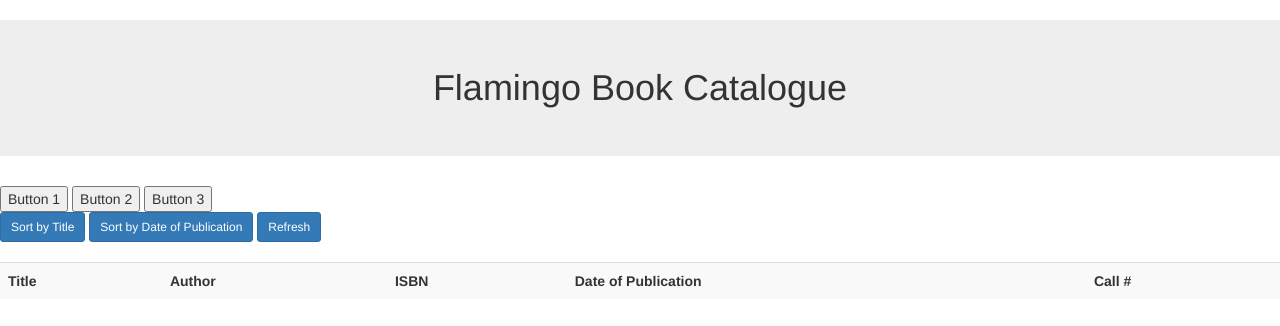
Repository: avega15/Library-Database
Page: http://localhost/main
These files come from the project's save history. The page is drawn as it stood at one moment and after the next save; the edit follows.
The browser window is 1280 px wide. The pictures show the whole page.
The page is this project's Thymeleaf template; nobody is signed in. The template is opened directly, without the code that normally fills it, so the values that code supplies are empty.

Above is the page before, as saved 2021-04-27 03:14:00.

### demo/src/main/resources/templates/main.html
<!DOCTYPE HTML>
<html xmlns:th="http://www.thymeleaf.org">
<head>
<title>Flamingo Palooza</title>
<link rel="icon" type="image/x-icon" href="https://tinyurl.com/dh3wsprp"/>
<meta http-equiv="Content-Type" content="text/html; charset=UTF-8" />

<link rel="stylesheet"
	href="https://maxcdn.bootstrapcdn.com/bootstrap/3.4.1/css/bootstrap.min.css">
<script
	src="https://ajax.googleapis.com/ajax/libs/jquery/3.5.1/jquery.min.js"></script>
<script
	src="https://maxcdn.bootstrapcdn.com/bootstrap/3.4.1/js/bootstrap.min.js"></script>
</head>
<body>
	<h1 class="jumbotron" style="text-align: center">Flamingo Book Catalogue</h1>


	<form action="${pageContext.request.contextPath}/myservlet" method="post">
    <input type="submit" name="button1" value="Button 1" />
    <input type="submit" name="button2" value="Button 2" />
    <input type="submit" name="button3" value="Button 3" />
</form>



	<button class="btn btn-primary btn-sm"
		onclick="window.location.href='titleSort'">Sort by Title</button>
	<button class="btn btn-primary btn-sm"
		onclick="window.location.href='dateSort'">Sort by Date of
		Publication</button>
			<button class="btn btn-primary btn-sm"
		onclick="window.location.href='main'">Refresh</button>
	<br/>
	<br/>

	<table class="table table-striped">
		<tr>
			<th scope="col">Title</th>
			<th scope="col">Author</th>
			<th scope="col">ISBN</th>
			<th scope="col">Date of Publication</th>
			<th scope="col">Call #</th>
		</tr>
		<tr th:each="bib, bibStat: ${bibs}">
			<td th:text="${bibStat.count + '. ' + bib.getTitle()}"></td>
			<td th:text="${bib.getAuthor()}"></td>
			<td th:text="${bib.getIsbn()}"></td>
			<td th:text="${bib.getDate_of_publication()}"></td>
			<td th:text="${bib.getCall_number()}"></td>
		</tr>
	</table>
</body>
</html>

After the next save:
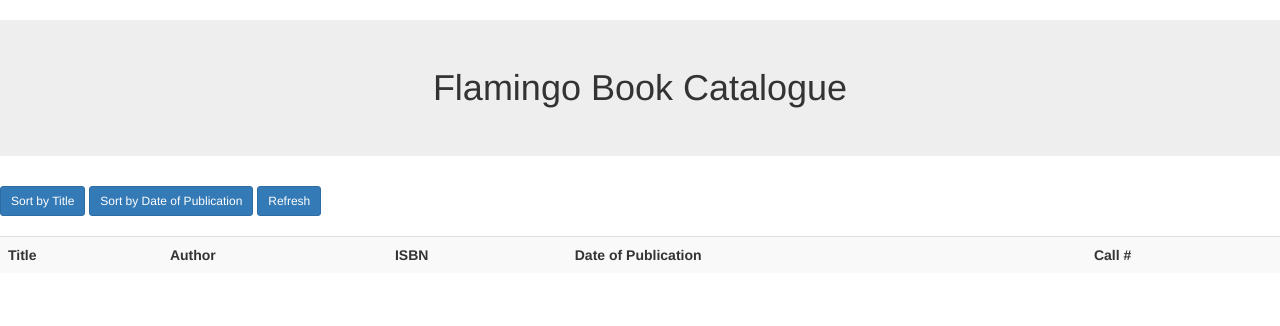
Saved 69 min 42 s later.
--- a/demo/src/main/resources/templates/main.html
+++ b/demo/src/main/resources/templates/main.html
@@ -14,15 +14,6 @@
 </head>
 <body>
 	<h1 class="jumbotron" style="text-align: center">Flamingo Book Catalogue</h1>
-
-
-	<form action="${pageContext.request.contextPath}/myservlet" method="post">
-    <input type="submit" name="button1" value="Button 1" />
-    <input type="submit" name="button2" value="Button 2" />
-    <input type="submit" name="button3" value="Button 3" />
-</form>
-
-
 
 	<button class="btn btn-primary btn-sm"
 		onclick="window.location.href='titleSort'">Sort by Title</button>
